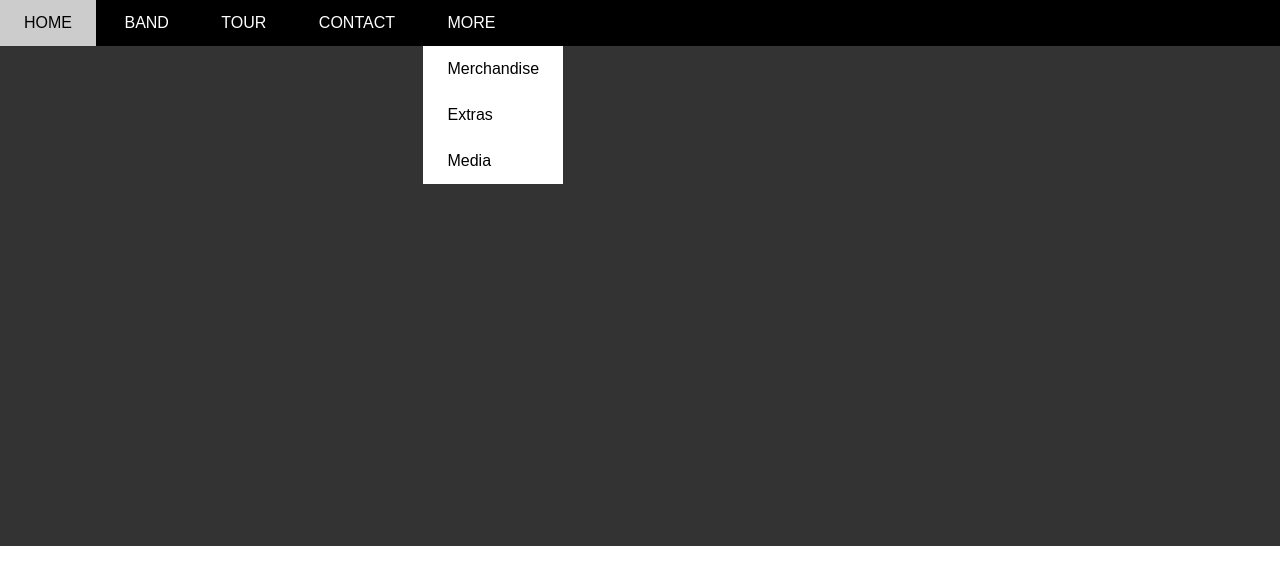
Repository: minhnguyennn/w3_band_music
Page: index.html
The author's editor kept a copy of each file at every save. The page is drawn from the files as they stood at one save, then again after a run of saves.
The browser window is 1280 px wide. The pictures show the whole page.

Above is the page before, as saved 2023-02-17 18:00:33.

### index.html
<!DOCTYPE html>
<html lang="en">
<head>
    <meta charset="UTF-8">
    <meta http-equiv="X-UA-Compatible" content="IE=edge">
    <meta name="viewport" content="width=device-width, initial-scale=1.0">
    <title>Document</title>
    <link rel="stylesheet" href="./assets/css/style.css">
</head>
<body>
    <div id="main">
        <div id="header">
            <ul id="nav">
                <li><a href="">Home</a></li>
                <li><a href="">Band</a></li>
                <li><a href="">Tour</a></li>
                <li><a href="">Contact</a></li>
                <li>
                    <a href="">More</a>
                    <ul class="subnav">
                        <li><a href="">Merchandise</a></li>
                        <li><a href="">Extras</a></li>
                        <li><a href="">Media</a></li>
                    </ul>
                </li>
            </ul>
        </div>

        <div id="slider">

        </div>

        <div id="content">

        </div>

        <div id="footer">

        </div>

    </div>
</body>
</html>

### assets/css/style.css
/* Reset CSS */
* {
   padding: 0;
   margin: 0;
   box-sizing: border-box;
}

html {
   font-family: Arial, Helvetica, sans-serif;
}

#main {
}

#header {
   height: 46px;
   background-color: #000;
}

#nav,
.subnav {
   list-style-type: none;
}

#nav > li {
   display: inline-block;
}

#nav li {
   position: relative;
}

#nav > li > a {
   color: #fff;
   text-transform: uppercase;
}

#nav li a {
   text-decoration: none;
   line-height: 46px;
   padding: 0 24px;
   display: inline-block;
}

#nav > li:hover > a {
   color: #000;
   background-color: #ccc;
}

#nav .subnav {
   /* display: none; */
   position: absolute;
   background-color: #fff;
}

#nav .subnav a {
   color: #000;
}

#nav .subnav li:hover {
   background-color: #ccc;
}

#slider {
   min-height: 500px;
   background-color: #333;
}

#content {
}

#footer {
}

After the next 3 saves:
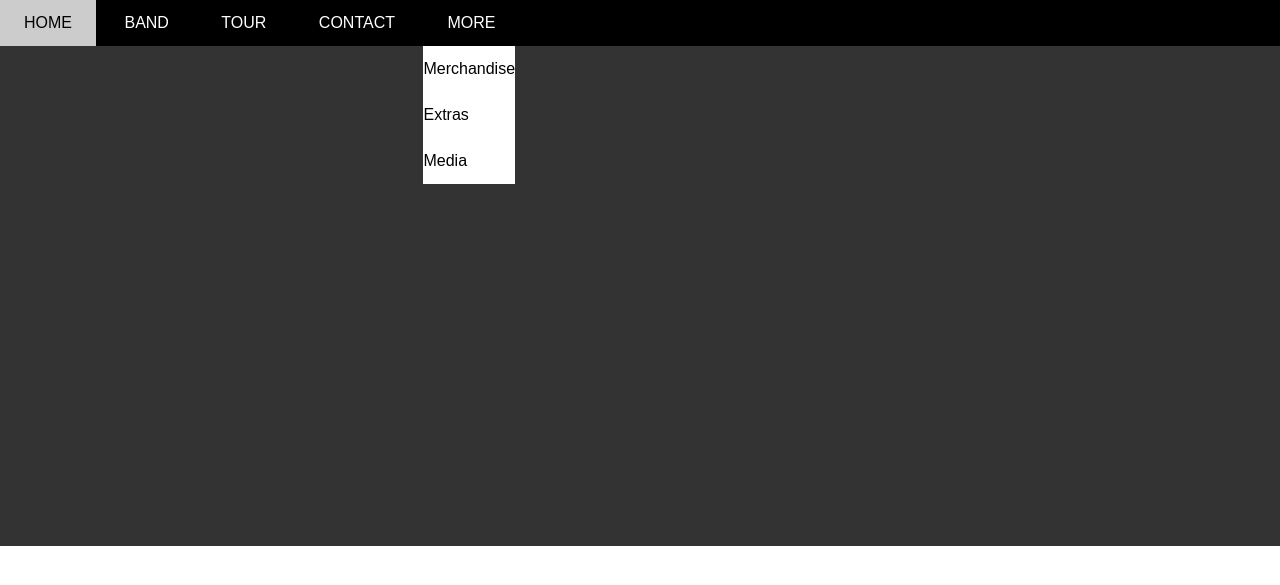
The 3 saves are shown as one change because they came seconds apart.
The last was saved 14 min 43 s later.
--- a/assets/css/style.css
+++ b/assets/css/style.css
@@ -33,12 +33,12 @@
 #nav > li > a {
    color: #fff;
    text-transform: uppercase;
+   padding: 0 24px;
 }
 
 #nav li a {
    text-decoration: none;
    line-height: 46px;
-   padding: 0 24px;
    display: inline-block;
 }
 
